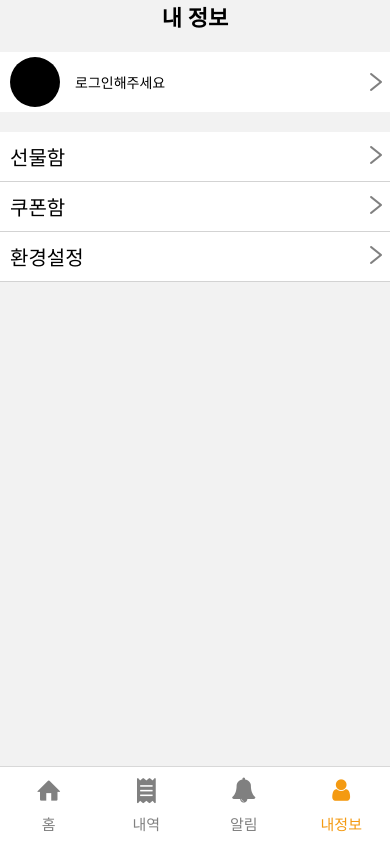
Repository: Unique0902/GachiDutch
Screen: /User
The author's editor kept a copy of each file at every save. The screen is drawn from the files as they stood at one save, then again after the next save.
The app was drawn by React Native's web renderer in a window 390 px wide. The project was rebuilt for these pictures with package versions that can differ from the ones it lists, and the page was loaded fresh each time. Some packages were replaced by stand-ins written for this rebuild. Also part of the build but not shown: sources/components/lowBar/lowBar.jsx, sources/components/taxi/taxi.jsx, sources/components/alarm/alert.js, sources/components/alarm/alarm.jsx, sources/components/dutch_history/dutch_history.jsx, sources/components/dutchpay_historys/dutchpay_historys.jsx, sources/components/delivery_historys/delivery_historys.jsx, sources/components/taxi_historys/taxi_historys.jsx and 3 more.

Above is the screen before, as saved 2022-11-11 16:56:50.

After the next save:
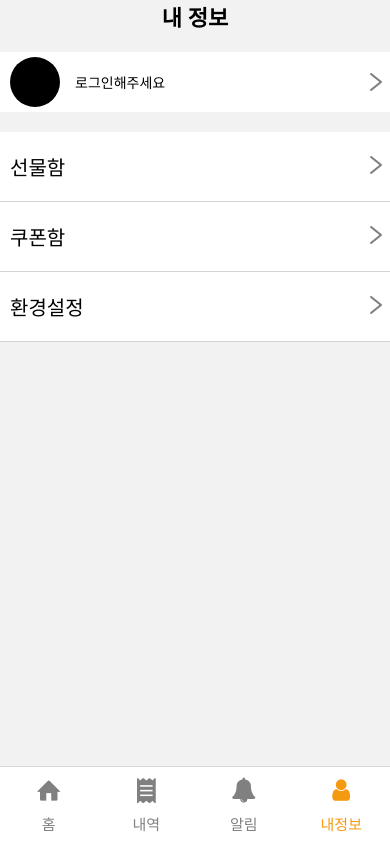
Saved 5 s later.
--- a/sources/components/user/user.jsx
+++ b/sources/components/user/user.jsx
@@ -124,7 +124,7 @@ const styles = StyleSheet.create({
   enterMenu: {
     justifyContent: 'space-between',
     flexDirection: 'row',
-    padding: 10,
+    padding: 20,
     paddingHorizontal: 10,
     borderBottomColor: 'lightgray',
     borderBottomWidth: 1,
